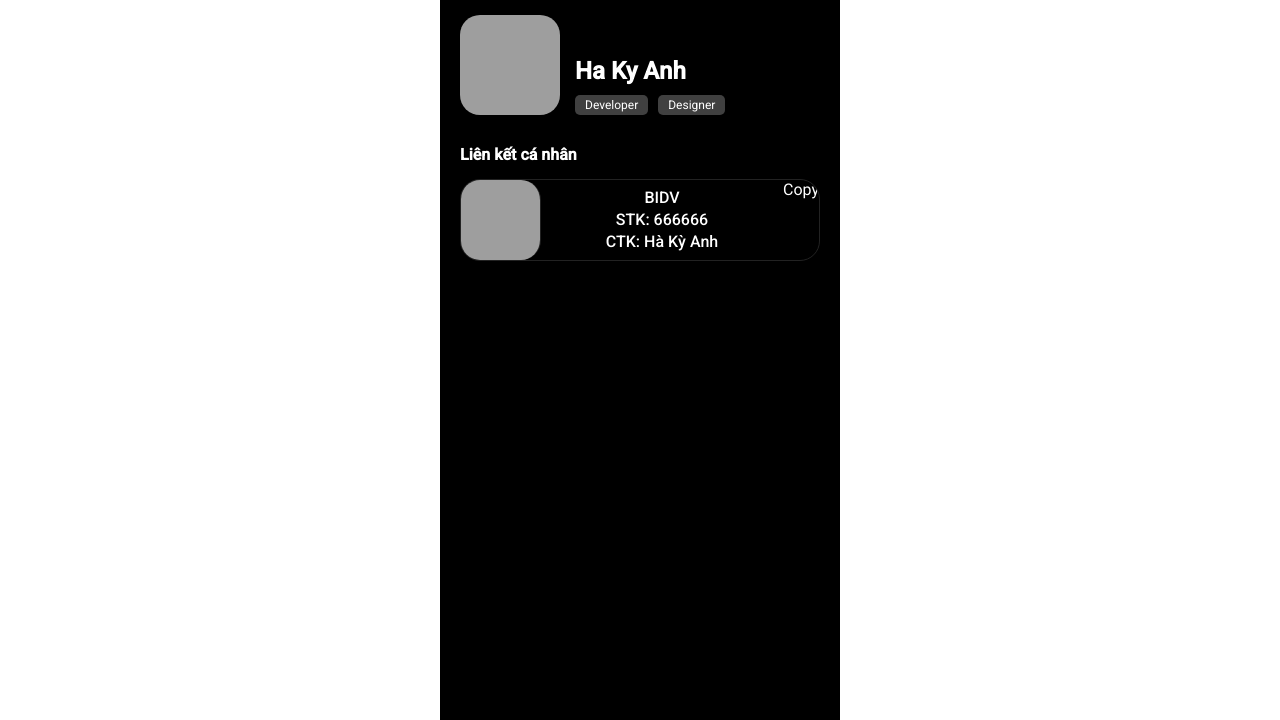
Repository: yzarc204/nguyen-tien-viet-hoang
Page: thong-tin-thanh-toan/index.html
An editor plug-in stored every save of this project. The page is shown before and after the next save, followed by the edit.
The browser window is 1280 px wide. The pictures show the whole page.
Pictures or frames that could not be fetched are drawn as grey boxes.

Above is the page before, as saved 2021-09-27 10:54:56.

### thong-tin-thanh-toan/index.html
<!DOCTYPE html>
<html lang="en">
<head>
    <meta charset="UTF-8">
    <meta http-equiv="X-UA-Compatible" content="IE=edge">
    <meta name="viewport" content="width=device-width, initial-scale=1.0">
    <title>Personal Card</title>
    <!-- Google Fonts -->
    <link rel="preconnect" href="https://fonts.googleapis.com">
    <link rel="preconnect" href="https://fonts.gstatic.com" crossorigin>
    <link href="https://fonts.googleapis.com/css2?family=Roboto:wght@300;400;500&display=swap" rel="stylesheet">
    <!-- CSS -->
    <link rel="stylesheet" href="./public/css/index.css">
</head>
<body>
    <div class="container">
        <div class="profile-header">
            <img alt="Avatar"
                src="https://source.unsplash.com/random"
                class="profile-avatar">
            <div class="profile-info">
                <h4 class="profile-name">Ha Ky Anh</h4>
                <div class="skills">
                    <div class="skill-tag">Developer</div>
                    <div class="skill-tag">Designer</div>
                </div>
            </div>
        </div>
        <h4 class="title">Liên kết cá nhân</h4>
        <div class="banks">
            <div class="bank">
                <img src="https://source.unsplash.com/random" class="bank-logo">
                <div class="bank-info">
                    <p class="bank-name">BIDV</p>
                    <p class="bank-number">STK: 666666</p>
                    <p class="bank-name">CTK: Hà Kỳ Anh</p>
                </div>
                <span class="btn-copy">Copy</span>
            </div>
        </div>
    </div>
</body>
</html>

### thong-tin-thanh-toan/public/css/index.css
* {
    padding: 0;
    margin: 0;
    -webkit-box-sizing: border-box;
    font-family: 'Roboto', sans-serif;
}

body {
    width: 100%;
    overflow: hidden;
}

/* ===== CONTAINER ===== */
.container{
    width: 400px;
    height: 100vh;
    margin: 0 auto;
    padding: 15px 20px;
    overflow: hidden scroll;
    background: #000;
    color: #fff;
}
/* ===== PROFILE HEADER ===== */
.profile-header{
    width: 100%;
    display: flex;
    flex-wrap: wrap;
    margin-bottom: 30px;
}
.profile-avatar{
    width: 100px;
    height: 100px;
    object-fit: cover;
    object-position: center;
    border-radius: 20px;
}
.profile-info{
    margin-top: auto;
    padding: 0px 15px;
}
.profile-name{
    margin-bottom: 10px;
    font-size: 24px;
}
.skills{
    display: flex;
    flex-wrap: nowrap;
}
.skill-tag{
    padding: 3px 10px;
    margin-right: 10px;
    color: #fff;
    font-size: 12px;
    position: relative;
    display: none;
}
.skill-tag:before {
    content: "";
    position: absolute;
    top: 0;
    right: 0;
    bottom: 0;
    left: 0;
    background-color: currentColor;
    opacity: 0.25;
    border-radius: 5px;
}
.skill-tag:first-child {
    display: block;
}
.skill-tag:nth-child(2) {
    display: block;
}
/* ===== TITLE ===== */
.title{
    margin-bottom: 15px;
}
/* ===== BANKS ===== */
.banks {
    width: 100%;
    overflow: hidden;
    border: 1px solid #222;
    border-radius: var(--border-rounded);
    --size: 80px;
    --border-rounded: 20px;
}
.bank {
    width: 100%;
    height: var(--size);
    display: flex;
}
.bank-logo {
    width: var(--size);
    height: var(--size);
    border-right: 1px solid #222;
    border-top-right-radius: var(--border-rounded);
    border-bottom-right-radius: var(--border-rounded);
}
.bank-info {
    flex: 1;
    text-align: center;
    padding: 10px 7.5px;
    display: flex;
    flex-direction: column;
    justify-content: space-between;
    align-items: center;
}
.bank-info > p {
    font-weight: 500;
    line-height: 1;
}
.bank-name{
    font-size: 16px;
}
.bank-number{

}
.btn-copy{

}

After the next save:
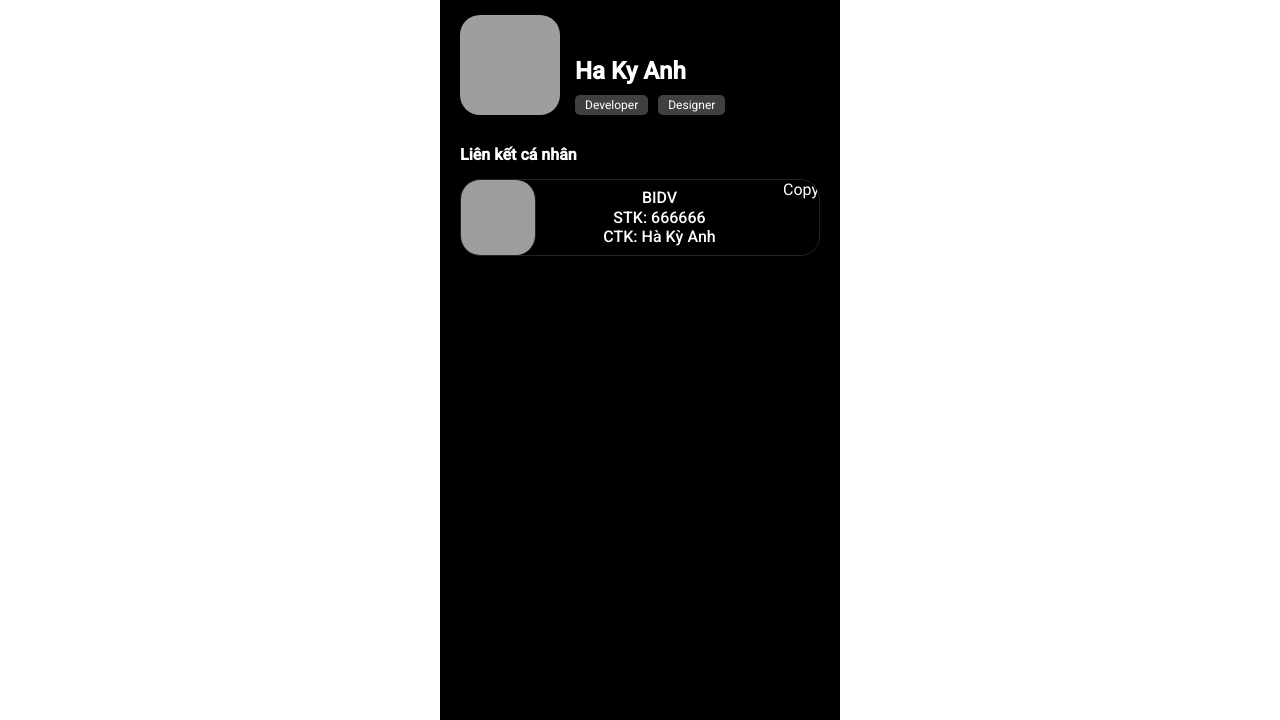
Saved 24 s later.
--- a/thong-tin-thanh-toan/public/css/index.css
+++ b/thong-tin-thanh-toan/public/css/index.css
@@ -81,7 +81,7 @@ body {
     overflow: hidden;
     border: 1px solid #222;
     border-radius: var(--border-rounded);
-    --size: 80px;
+    --size: 75px;
     --border-rounded: 20px;
 }
 .bank {
